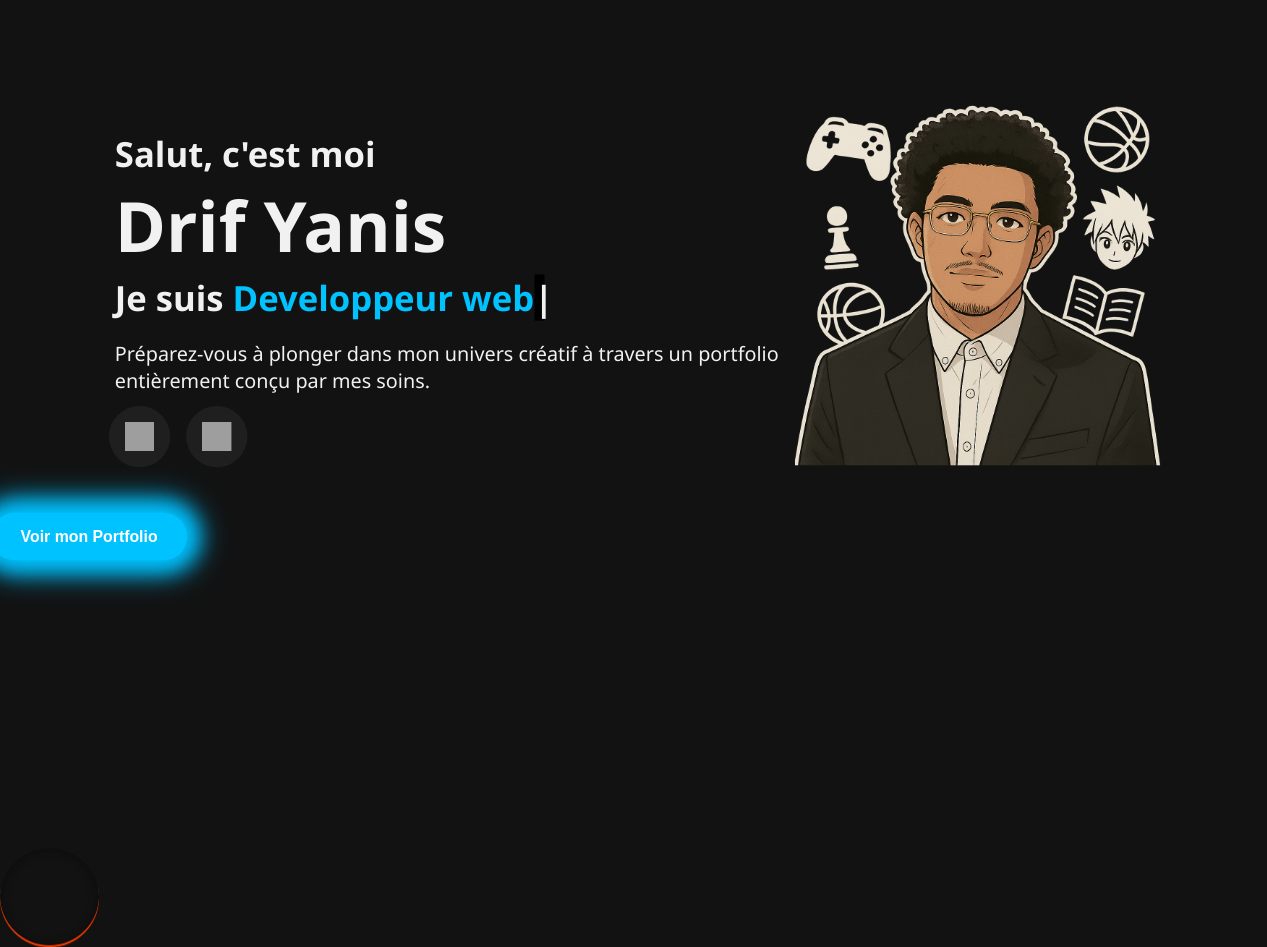
Repository: Yxniiss/ProjetCssAvance
Page: OneDrive/Bureau/Portfolio DrifYanis/index.html
These files come from the project's save history. The page is drawn as it stood at one moment and after the next save; the edit follows.
The browser window is 1280 px wide. The pictures show the whole page, at 99% of full size.
Pictures or frames that could not be fetched are drawn as grey boxes.

Above is the page before, as saved 2025-04-10 09:18:36.

After the next save:
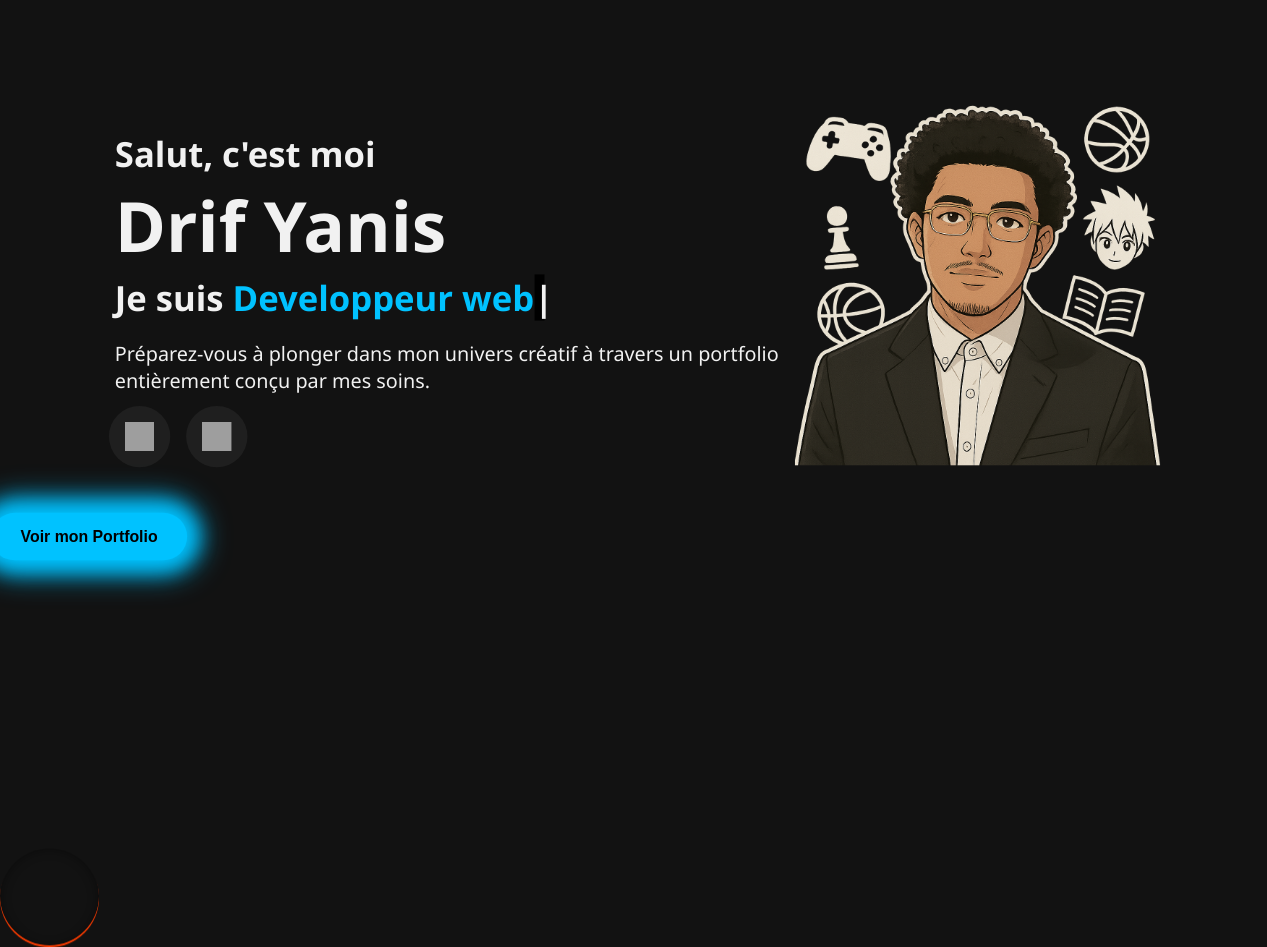
Saved 28 min 55 s later.
--- a/OneDrive/Bureau/Portfolio DrifYanis/index.html
+++ b/OneDrive/Bureau/Portfolio DrifYanis/index.html
@@ -22,7 +22,7 @@
             </div>
 
             <div class="button">
-                <button class="modern-button"><a href="/home.html">Voir mon Portfolio</button></a>
+              <button id="modern-button" class="modern-button">Voir mon Portfolio</button>
             </div>
         </div>
         <img src="/image/ChatGPT Image 9 avr. 2025, 22_22_18.png" class="image">
